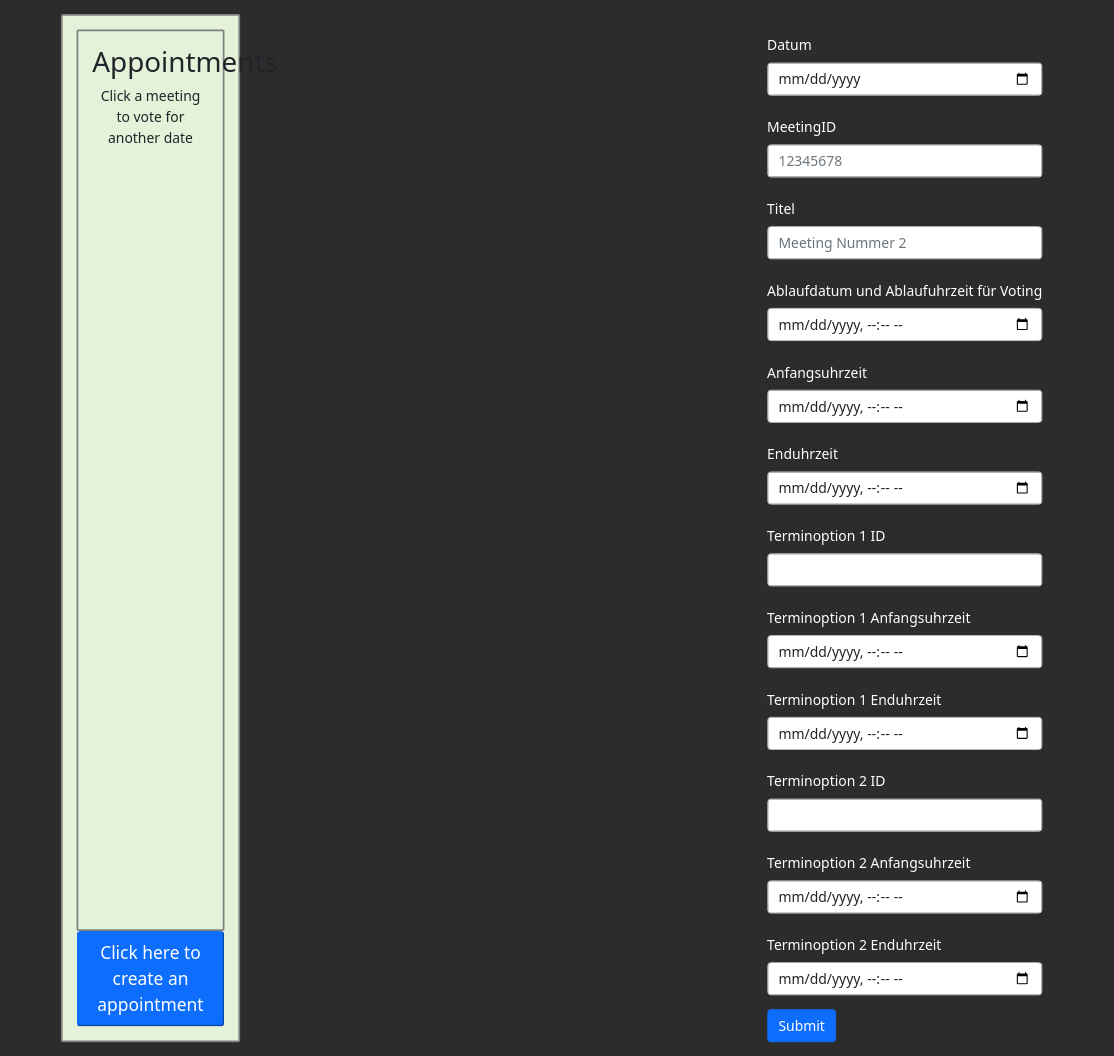
Repository: wlichon/Semesterprojekt
Page: index.html
The author's editor kept a copy of each file at every save. The page is drawn from the files as they stood at one save, then again after the next save.
The browser window is 1280 px wide. The pictures show the whole page, at 87% of full size.
The page's requests for data from a server got no answer. Some web libraries are served in a nearby version.

Above is the page before, as saved 2022-04-27 23:49:58.

After the next save:
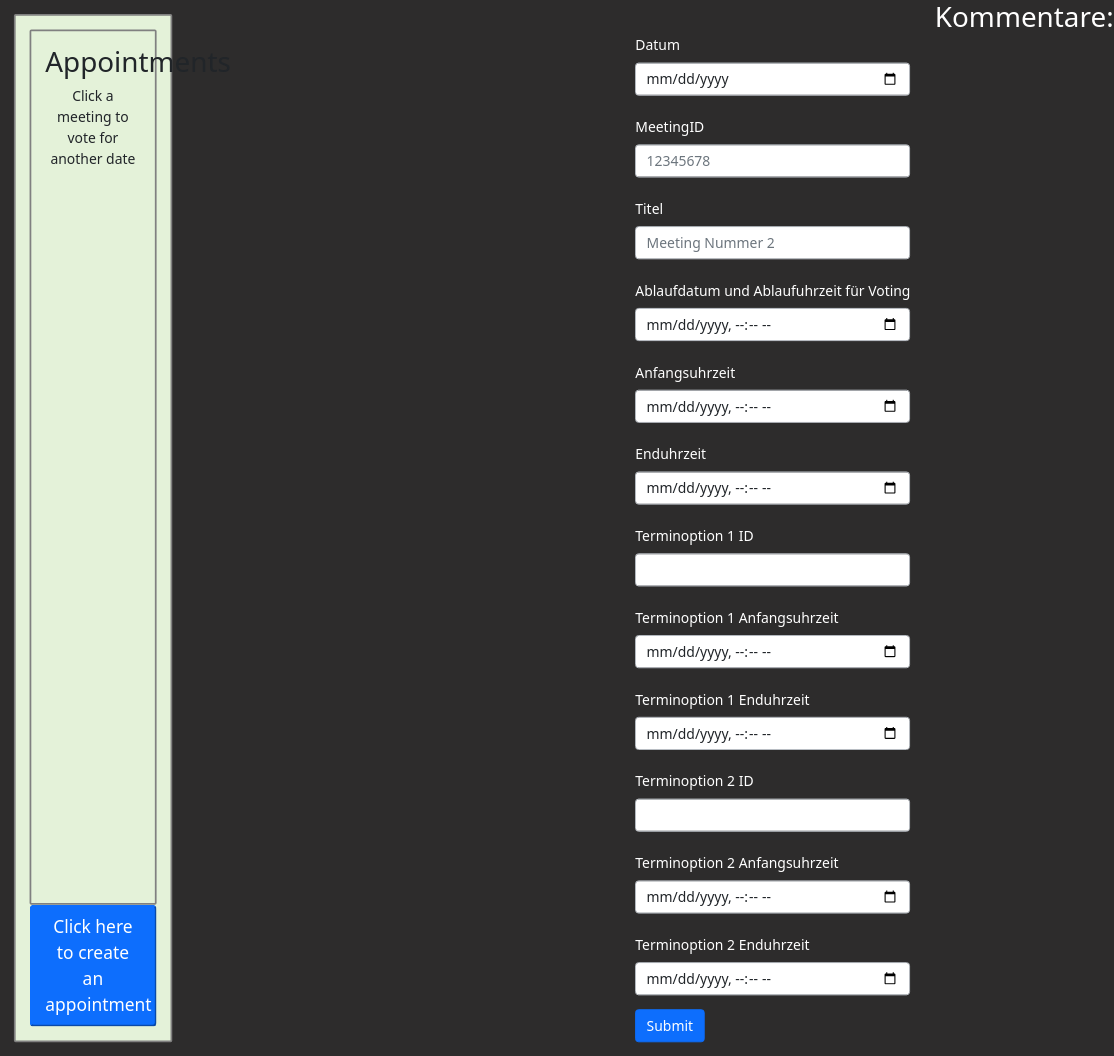
Saved 4 s later.
--- a/index.html
+++ b/index.html
@@ -103,7 +103,7 @@
             <button name = "submit" type="submit" class="btn btn-primary mt-3">Submit</button>
           </form>
             </div>
-
+            <h2 class = "text-white"> Kommentare: </h2>
 
     <script src="https://cdn.jsdelivr.net/npm/bootstrap@5.1.3/dist/js/bootstrap.bundle.min.js" integrity="sha384-ka7Sk0Gln4gmtz2MlQnikT1wXgYsOg+OMhuP+IlRH9sENBO0LRn5q+8nbTov4+1p" crossorigin="anonymous"></script>
 </body>
